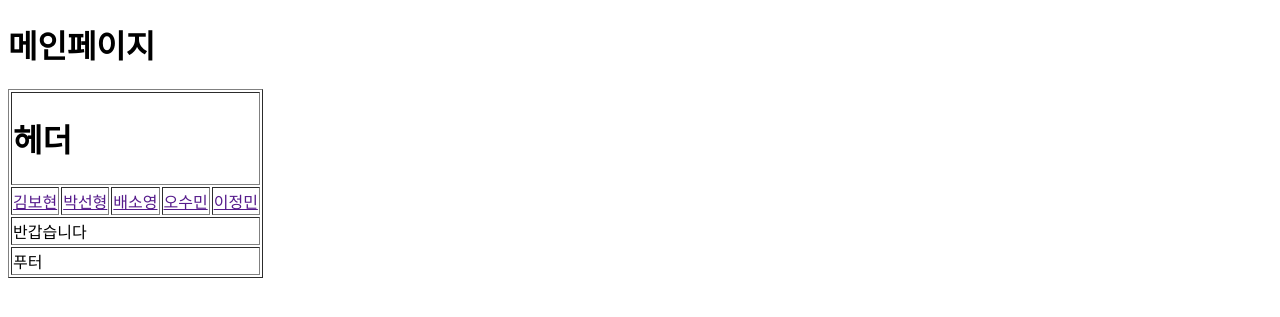
Repository: lastingrowth/teamPrj
Page: http://localhost/studyPrj/home.jsp
An editor plug-in stored every save of this project. The page is shown before and after the next save, followed by the edit.
The browser window is 1280 px wide. The pictures show the whole page.
The page is served by Tomcat 9.

Above is the page before, as saved 2026-05-01 10:02:02.

After the next save:
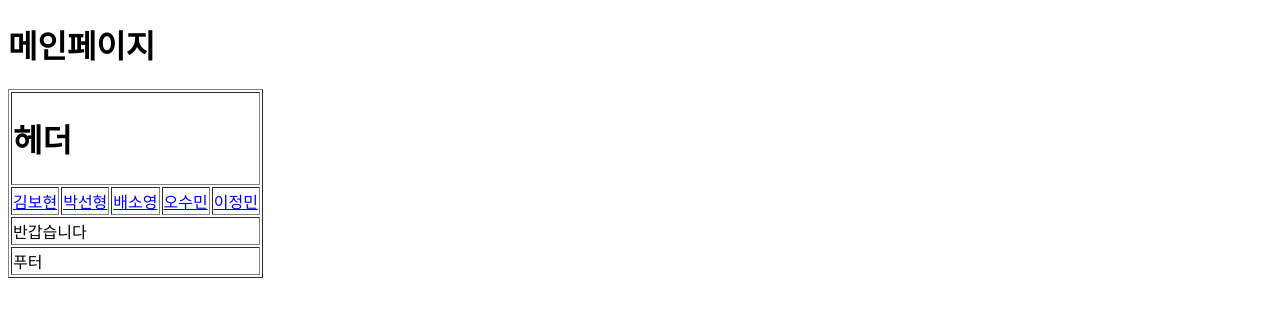
Saved 6 min 13 s later.
--- a/study_work/studyPrj/src/main/webapp/home.jsp
+++ b/study_work/studyPrj/src/main/webapp/home.jsp
@@ -16,11 +16,11 @@
 	</tr>
 
 	<tr>
-		<td><a href="">김보현</a></td>
-		<td><a href="">박선형</a></td>
-		<td><a href="">배소영</a></td>
-		<td><a href="">오수민</a></td>
-		<td><a href="">이정민</a></td>
+		<td><a href="/studyPrj/kbh/info.jsp">김보현</a></td>
+		<td><a href="/studyPrj/psh/info.jsp">박선형</a></td>
+		<td><a href="/studyPrj/bsy/info.jsp">배소영</a></td>
+		<td><a href="/studyPrj/osm/info.jsp">오수민</a></td>
+		<td><a href="/studyPrj/ljm/info.jsp">이정민</a></td>
 	</tr>
 	<tr>
 		<td colspan="5">
